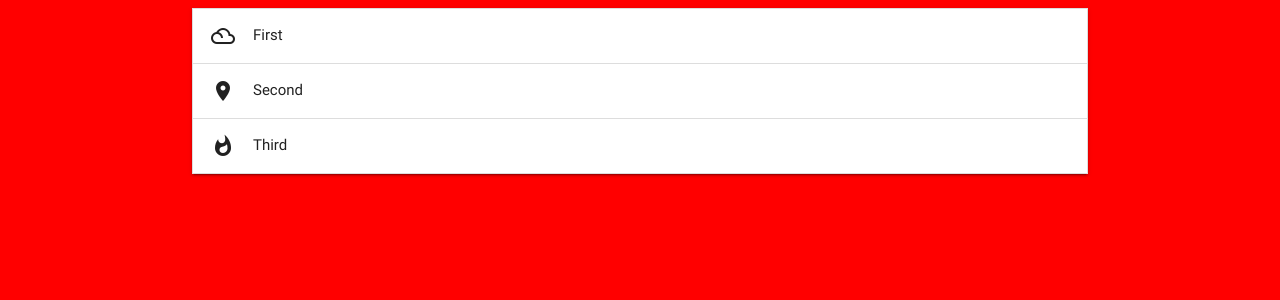
Repository: kalkiboru111/task-manager
Page: http://localhost/
The author's editor kept a record of every edit. The page is drawn from the files as they stood at one moment, then again after the next edit.
The browser window is 1280 px wide. The pictures show the whole page.
The page is served by the project's application, run on Flask 3 (app.py). Queries for data that is not in the repository find no rows.

Above is the page before.
Console error: TypeError: $(...).getElementById is not a function

### templates/tasks.html
{% extends 'base.html' %}
{% block content %}
        {% for task in tasks %}
            {{task.task_name}}
            {{task.category_name}}
            {{task.task_description}}
            {{task.is_urgent}}
            {{task.due_date}}
        {% endfor %}

<ul class="collapsible">
    <li>
      <div class="collapsible-header"><i class="material-icons">filter_drama</i>First</div>
      <div class="collapsible-body"><span>Lorem ipsum dolor sit amet.</span></div>
    </li>
    <li>
      <div class="collapsible-header"><i class="material-icons">place</i>Second</div>
      <div class="collapsible-body"><span>Lorem ipsum dolor sit amet.</span></div>
    </li>
    <li>
      <div class="collapsible-header"><i class="material-icons">whatshot</i>Third</div>
      <div class="collapsible-body"><span>Lorem ipsum dolor sit amet.</span></div>
    </li>
  </ul>

{% endblock %}

### templates/base.html
<!DOCTYPE html>
<html>

<head>
    <link href="https://fonts.googleapis.com/icon?family=Material+Icons" rel="stylesheet">
    <link rel="stylesheet" href="https://cdnjs.cloudflare.com/ajax/libs/materialize/0.100.2/css/materialize.min.css">
    <link rel="stylesheet" href="{{ url_for('static', filename='css/style.css') }}" type="text/css" />
</head>

<body>
    <div class="container">
        {% block content %} {% endblock %}
    </div>
    <script src="https://cdnjs.cloudflare.com/ajax/libs/jquery/3.4.1/jquery.min.js" integrity="sha256-CSXorXvZcTkaix6Yvo6HppcZGetbYMGWSFlBw8HfCJo=" crossorigin="anonymous"></script>
    <script src="https://cdnjs.cloudflare.com/ajax/libs/materialize/0.100.2/js/materialize.min.js"></script>
    <script type="text/javascript">
        $(document).ready(function() {
            $('.collapsible').collapsible();
            $('select').material_select();

            $('.datepicker').pickadate({
                selectMonths: true, // Creates a dropdown to control month
                selectYears: 15, // Creates a dropdown of 15 years to control year,
                today: 'Today',
                clear: 'Clear',
                close: 'Ok',
                closeOnSelect: false // Close upon selecting a date,
            });

            $(document).getElementById("matfix").addEventListener("click", function(e) {
                e.stopPropagation();
            });
        })
    </script>

</body>

</html>

### app.py
import os
from flask import Flask, render_template, request, redirect, url_for
from flask_pymongo import PyMongo
from bson.objectid import ObjectId


app = Flask(__name__)

app.config["MONGO_DBNAME"] = "task manager"
app.config["MONGO_URI"] = "mongodb+srv://root:83ZQythXiDEUTHCq@myfirstcluster-qstcj.mongodb.net/task_manager?retryWrites=true&w=majority"

mongo = PyMongo(app)

@app.route('/')
@app.route('/get_tasks')
def get_tasks():
    return render_template("tasks.html", tasks=mongo.db.tasks.find())

@app.route('/add_task')
def add_task():
    return render_template("addtask.html",
        categories=mongo.db.categories.find())

@app.route('/insert_task', methods=['POST'])
def insert_task():
    tasks = mongo.db.tasks
    tasks.insert_one(request.form.to_dict())
    return redirect(url_for('get_tasks'))

@app.route('/edit_task/<task_id>')
def edit_task(task_id):
    the_task = mongo.db.tasks.find_one({"_id": ObjectId(task_id)})
    all_categories = mongo.db.categories.find()
    return render_template('edittask.html', task =the_task,
						categories = all_categories)

if __name__ == '__main__':
    app.run(host=os.environ.get('IP'),
    port=int(os.environ.get('PORT')),
    debug=True)

### static/css/style.css
body {
    background-color: red;
}

.btn_small{
    height: 24px;
    width: 60px;
    line-height: 24px;
    margin: 5px 5px;
    padding: 0 0.5em;
}

.task_header{
    margin-top: 5px;
}

After the next edit:
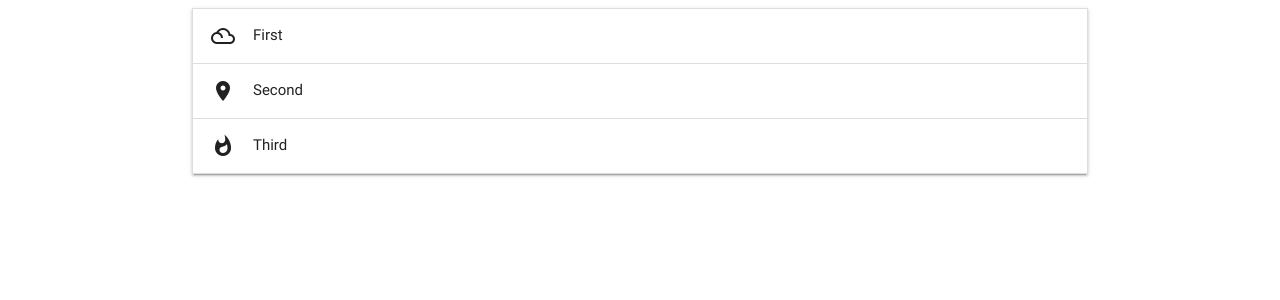
The edit:
--- a/static/css/style.css
+++ b/static/css/style.css
@@ -1,4 +1,4 @@
-body {
+/% body {
     background-color: red;
 }
 

After the 2 edits that followed:
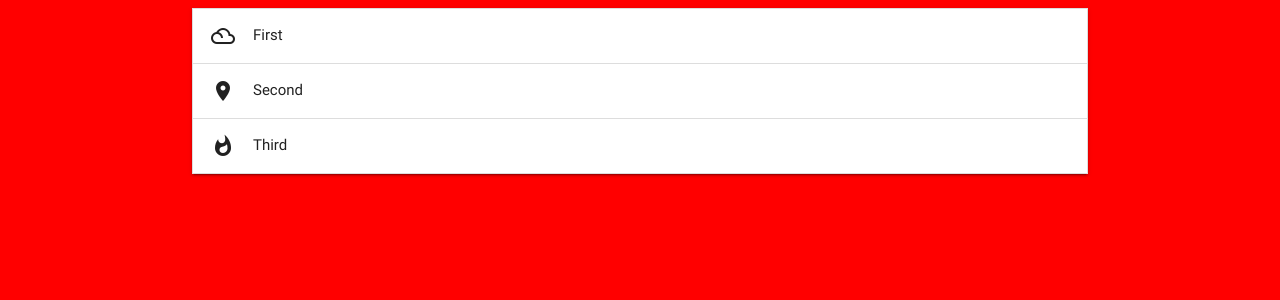
The 2 edits are shown as one change because 1 left the picture as it was.
The edit:
--- a/static/css/style.css
+++ b/static/css/style.css
@@ -1,6 +1,8 @@
-/% body {
+<!-- body {
     background-color: red;
 }
+
+%/
 
 .btn_small{
     height: 24px;
